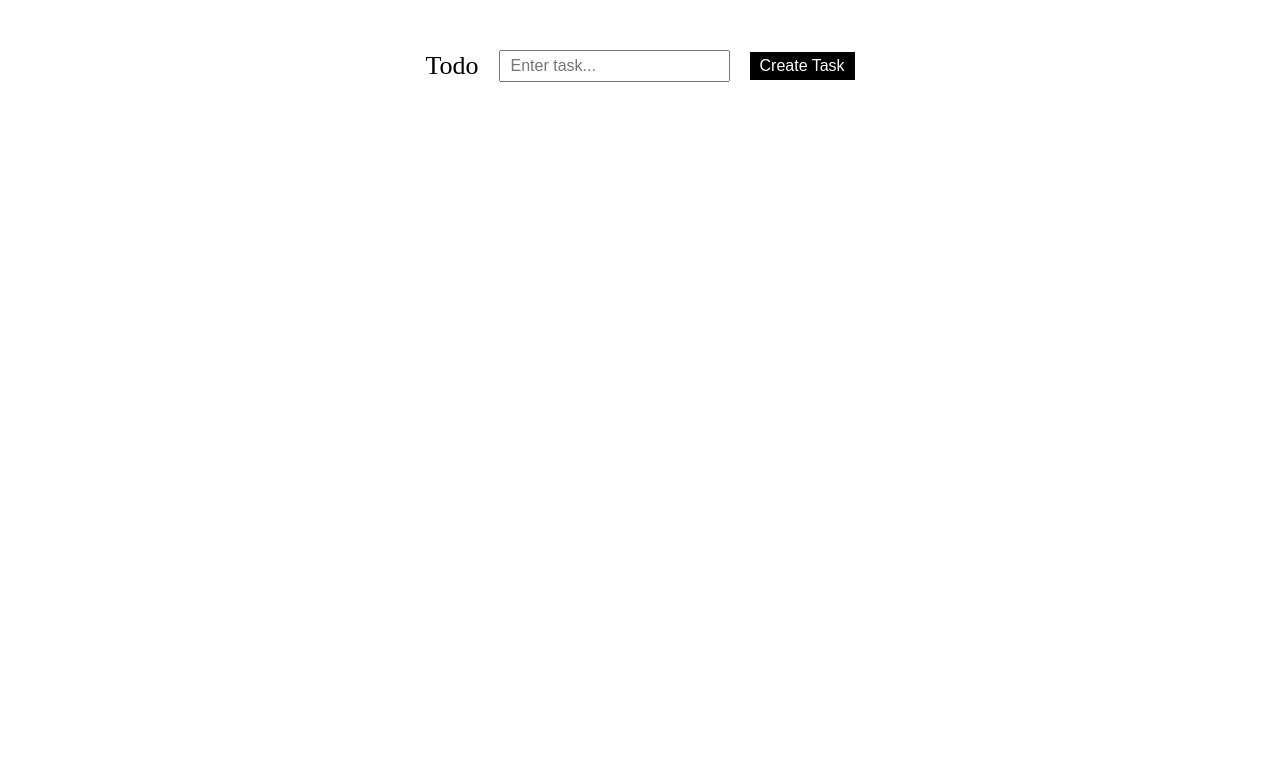
Repository: pawvan/todo_app
Page: markup/tod.html
An editor plug-in stored every save of this project. The page is shown before and after the next save, followed by the edit.
The browser window is 1280 px wide. The pictures show the whole page.

Above is the page before, as saved 2025-01-11 22:40:44.

### markup/tod.html
<!DOCTYPE html>
<html lang="en">
<head>
    <meta charset="UTF-8">
    <meta name="viewport" content="width=device-width, initial-scale=1.0">
    <title>Todo App</title>
    <script src="../interactivity/todo.js"></script>
    <link href="../styles/todo.css" rel="stylesheet"/>
</head>
<body>
    <div class="todo-container">
        <div class="todo-upper" >
            <div class="todo-header"> Todo </div>
<input type="text" id="todo-input" placeholder="Enter task...">
<button onclick="addTask()" id="add-button">Create Task</button>
        </div>



        <ul id="task-list">
        </ul>
    </div>
</body>
</html>

### interactivity/todo.js
document.addEventListener("DOMContentLoaded", loadTasks);

function addTask() {
  const taskInput = document.getElementById("todo-input");
  const taskText = taskInput.value.trim();
  const alertElement = document.querySelector(".alert");
  const taskList = document.getElementById("task-list");
  if (taskText !== "") {
    const newTask = {
      id: Date.now(),
      text: taskText,
      createAt: new Date().toISOString(),
      isCompleted: false
    };
    const li = document.createElement("li");
    li.textContent = newTask.text;
    const completeButton = createCompleteButton(li, newTask);
    const deleteButton = createDeleteButton(li, newTask);
    li.appendChild(completeButton);
    li.appendChild(deleteButton);
    taskList.appendChild(li);
    taskInput.value = "";
    saveTaskToLocalStorage(newTask);
  } else {
    alertElement ? "" : alertThing();
  }
}

function alertThing() {
  const todoContainer = document.getElementsByClassName("todo-container")[0];
  const createDiv = document.createElement("div");
  createDiv.textContent = "Please enter the task";
  todoContainer.appendChild(createDiv);
  createDiv.classList.add("alert");
}

function createDeleteButton(listElement, task) {
  const removeLi = () => {
    removeTaskFromLocalStorage(task.id);
    listElement.remove();
  };

  return createButton("Delete", ["delete-btn"], removeLi);
}

function createCompleteButton(listElement, task) {
  const completeCallBack = () => {
    task.isCompleted = !task.isCompleted;
    if (!task.isCompleted) {
      listElement.classList.remove("completed");
      completeButton.textContent = "Complete";
      listElement.style.textDecoration = "none";
    } else {
      listElement.classList.add("completed");
      completeButton.textContent = "Uncomplete";
      listElement.style.textDecoration = "line-through";
    }
  };

  const completeButton = createButton("Complete", ['complete-btn'], completeCallBack);
  return completeButton;
}

function createButton(label, classNames, onclickMethod ,type){
  const button = document.createElement("button");
  button.textContent = label;
  button.classList.add(...classNames);
  button.onclick = () => {
    onclickMethod();
  };
  return button;
}

function loadTasks() {
  const tasks = getTasksFromLocalStorage();
  const taskList = document.getElementById("task-list");

  tasks.forEach((task) => {
    const li = document.createElement("li");
    li.textContent = task.text;

    const completeButton = createCompleteButton(li, task);
    const deleteButton = createDeleteButton(li, task);

    li.appendChild(completeButton);
    li.appendChild(deleteButton);
    taskList.appendChild(li);
  });
}

function saveTaskToLocalStorage(task) {
  const tasks = getTasksFromLocalStorage();
  tasks.push(task);
  localStorage.setItem("tasks", JSON.stringify(tasks));
}

function getTasksFromLocalStorage() {
  const tasks = localStorage.getItem("tasks");
  return tasks ? JSON.parse(tasks) : [];
}

function removeTaskFromLocalStorage(taskId) {
  const tasks = getTasksFromLocalStorage();
  const updatedTasks = tasks.filter((task) => task.id !== taskId);
  localStorage.setItem("tasks", JSON.stringify(updatedTasks));
}

### styles/todo.css
body {
    margin-top: 50px;
    height: 100vh;
    display: flex;
    justify-content: center;
    background-color:
}

.todo-upper {
    display: flex;
    flex-direction: horizontal;
    align-items: center;
    gap: 20px;

}


.todo-header
{
    font-size: 26px;
    font-weight: 400;
}

#todo-input {
    padding: 5px 10px;
    font-size: 16px;
}

#add-button {
    padding: 5px 10px;
    font-size: 16px;
    background-color:#000000;
    color: white;
    border: none;
    cursor: pointer;
}
#task-list {
    list-style-type: none;
    padding: 0;
}

After the next save:
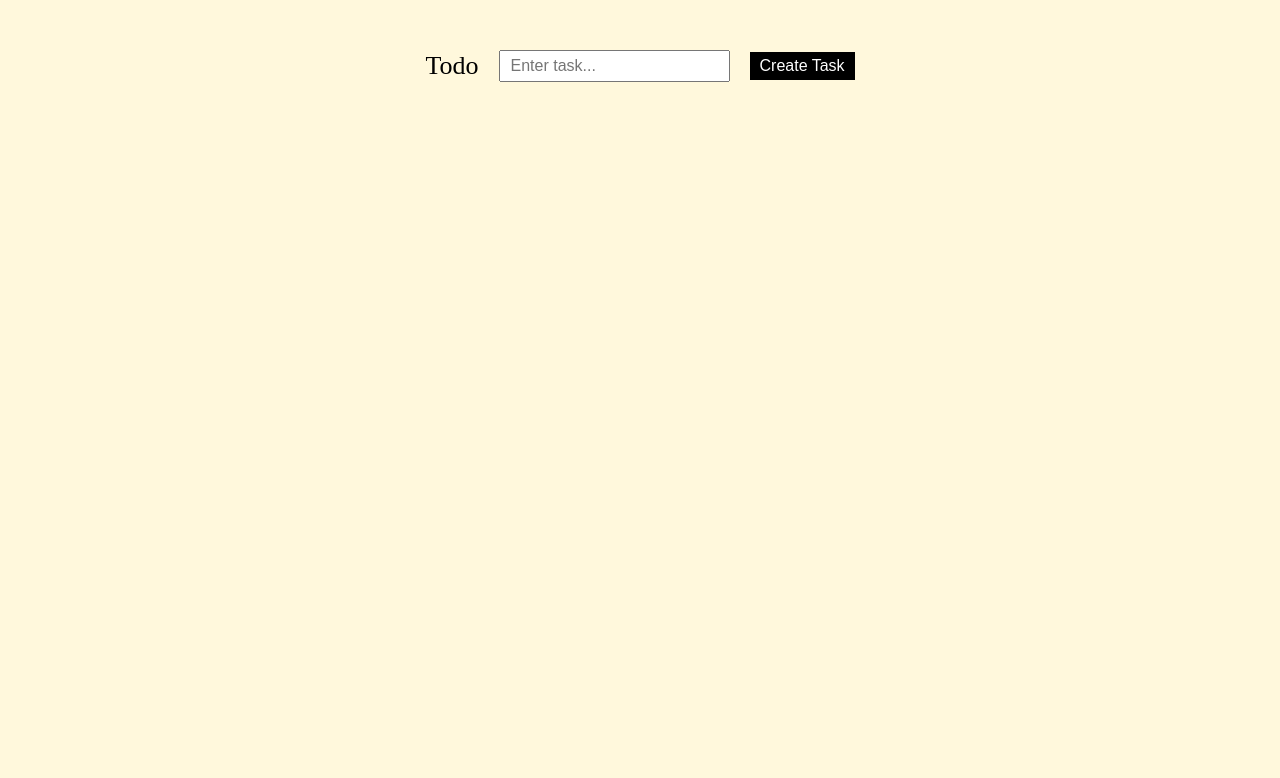
Saved 6 s later.
--- a/styles/todo.css
+++ b/styles/todo.css
@@ -3,7 +3,7 @@
     height: 100vh;
     display: flex;
     justify-content: center;
-    background-color:
+    background-color:cornsilk
 }
 
 .todo-upper {

After the save that followed:
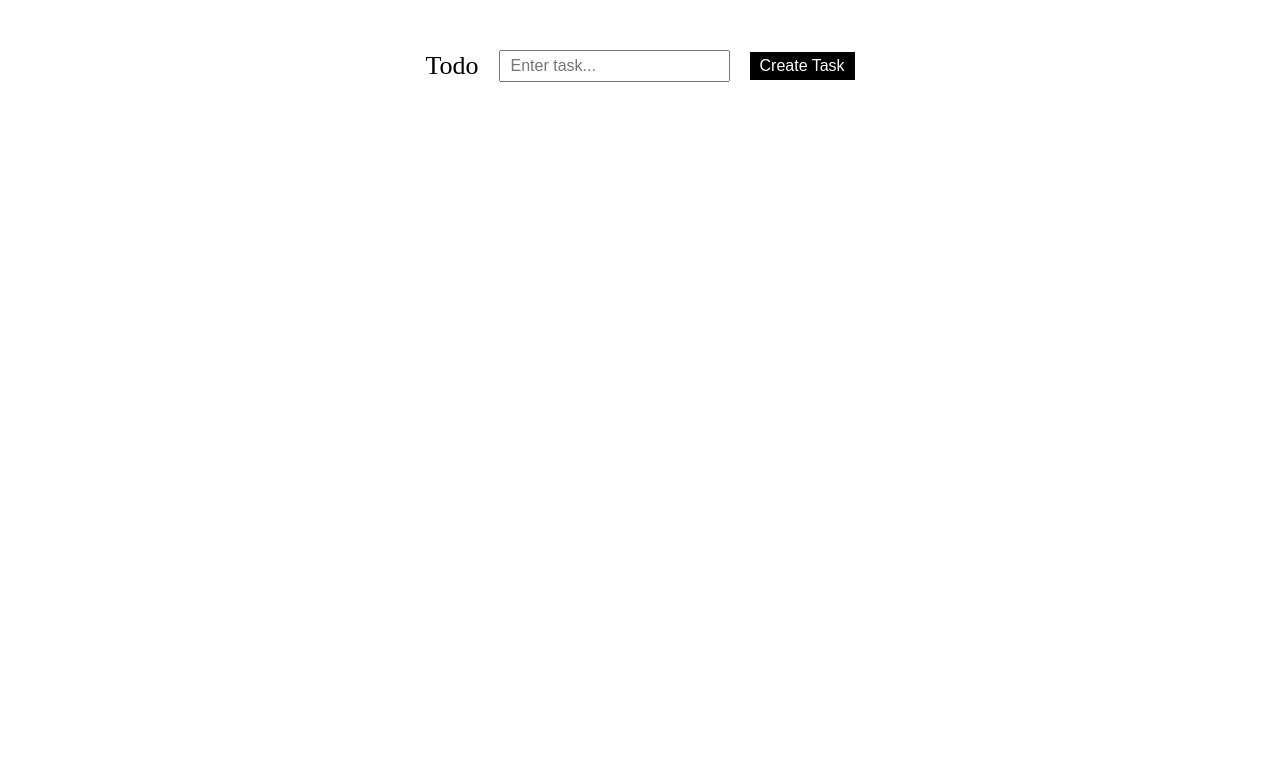
Saved 10 s later.
--- a/styles/todo.css
+++ b/styles/todo.css
@@ -3,7 +3,7 @@
     height: 100vh;
     display: flex;
     justify-content: center;
-    background-color:cornsilk
+    background-color:
 }
 
 .todo-upper {
